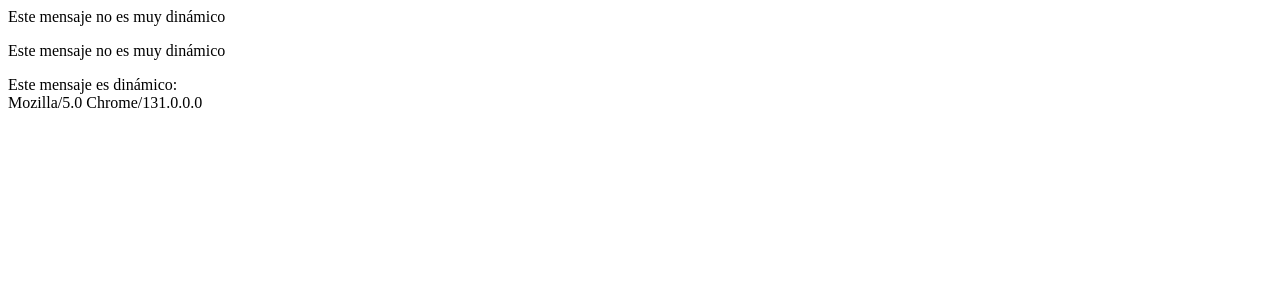
Repository: luisburgosvilca/servlets
Page: http://localhost/1-JSPServlets/index.jsp
An editor plug-in stored every save of this project. The page is shown before and after the next save, followed by the edit.
The browser window is 1280 px wide. The pictures show the whole page.
The page is served by Tomcat 9. Other server files are loaded and not shown.

Above is the page before, as saved 2019-02-19 21:20:49.

### 1-JSPServlets/WebContent/index.jsp
<%@ page language="java" contentType="text/html; charset=utf-8"
    pageEncoding="ISO-8859-1"%>
<!DOCTYPE html>
<html>
<head>
<meta charset="UTF-8">
<title>Insert title here</title>
</head>
<body>

	<%
	String s="Este mensaje no es muy dinámico";
	out.println(s);
	%>

	<p>Este mensaje no es muy dinámico</p>

	<% out.println("Este mensaje es dinámico: <br>"+request.getHeader("USER-AGENT")); %>

</body>
</html>

After the next save:
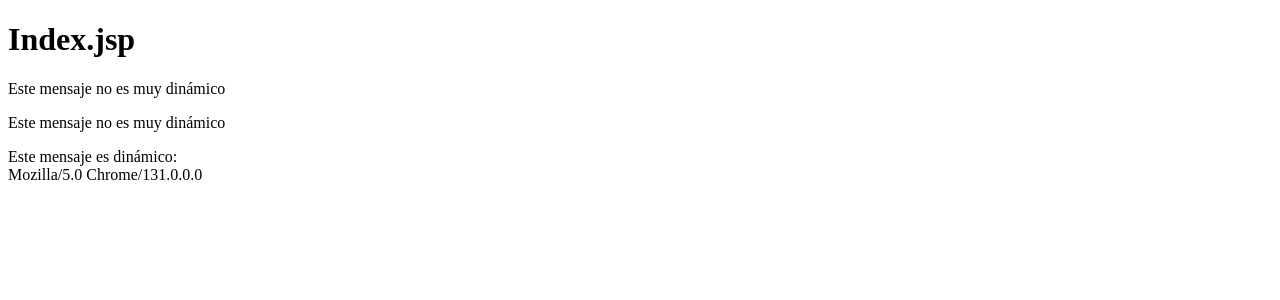
Saved 27 min 43 s later.
--- a/1-JSPServlets/WebContent/index.jsp
+++ b/1-JSPServlets/WebContent/index.jsp
@@ -7,6 +7,8 @@
 <title>Insert title here</title>
 </head>
 <body>
+
+	<h1>Index.jsp</h1>
 
 	<%
 	String s="Este mensaje no es muy dinámico";
